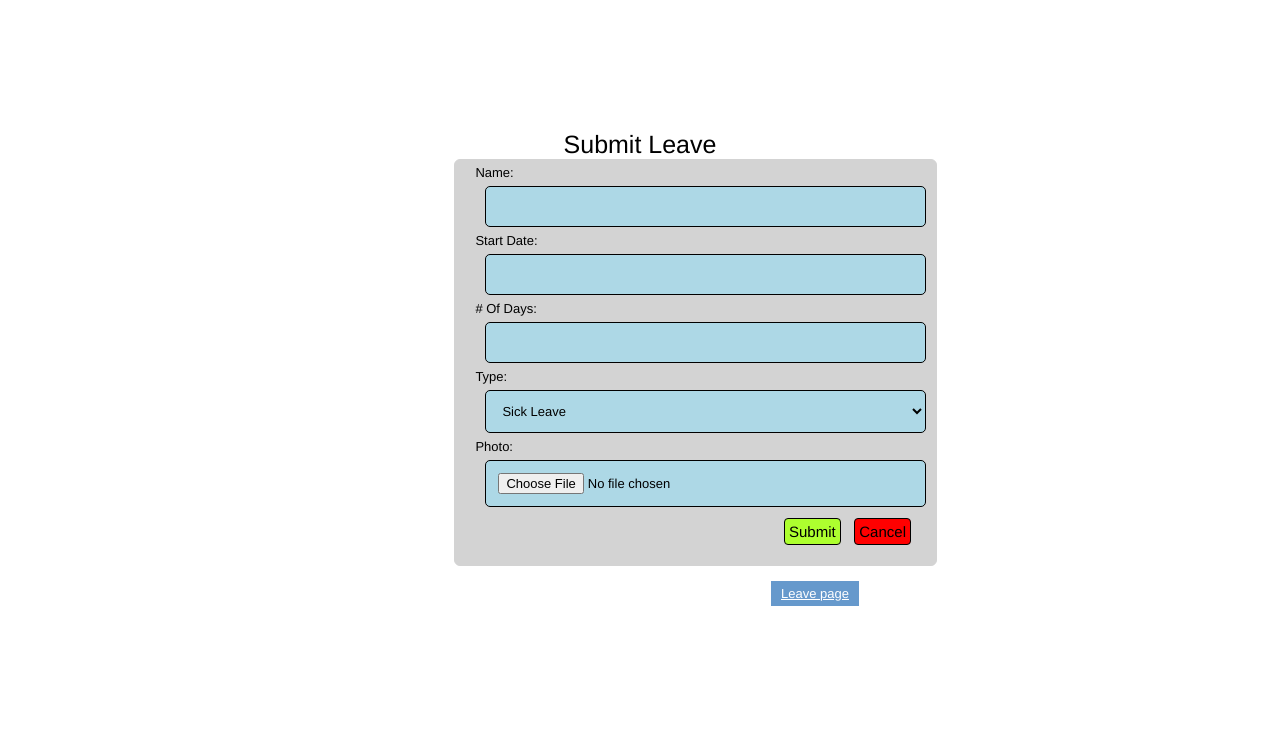
Repository: Murad71/BasicCRUD
Page: index.html
The author's editor kept a copy of each file at every save. The page is drawn from the files as they stood at one save, then again after the next save.
The browser window is 1280 px wide. The pictures show the whole page.

Above is the page before, as saved 2023-04-18 21:44:31.

### index.html
<!DOCTYPE html>
<html lang="en">
  <head>
    <meta charset="UTF-8" />
    <meta http-equiv="X-UA-Compatible" content="IE=edge" />
    <meta name="viewport" content="width=device-width, initial-scale=1.0" />
    <link rel="stylesheet" href="index.css" />
    <title>Leave Request</title>
  </head>
  <body>
    <div class="flex1">
      <form id="form1">
        <header>Submit Leave</header>
        <div class="container">
          <label for="name">Name:</label>
          <input type="text" id="name" name="name" />
          <br />
          <label for="startdate">Start Date:</label>
          <input type="text" id="startdate" name="startdate" />
          <br />
          <label for="days"># Of Days:</label>
          <input type="text" id="days" name="days" />
          <br />
          <label for="leaves">Type:</label>
          <select id="leave" name="leaves" required>
            <option value="Sick leave">Sick Leave</option>
            <option value="Early leave">Early Leave</option>
            <option value="Vacation leave">Vacation Leave</option>
            <option value="Other">Other</option>
          </select>
          <br />
          <label for="photo">Photo:</label>
          <input type="file" id="photo" name="photo"/>
          <div class="button-container">
            <input type="submit" value="Submit" id="submitButton"/>
            <input type="reset" value="Cancel" class="cancel" />
          </div>
        </div>
      </form>
      <div class="anchorContainer">
        <a href="index1.html"> Leave page</a>
        <!--Added the hyperlink here-->
      </div>
    </div>
    <script src="script.js"></script>
  </body>
</html>

### index.css
* {
  box-sizing: border-box;
  font-family: "Franklin Gothic Medium", "Arial Narrow", Arial, sans-serif;
  font-size: small;
}

.flex1
{
  align-items: center;
  display: flex;
  justify-content: center;
  height: 100vh;
  flex-direction: column;
}

.container {
  background-color: lightgray;
  padding: 5px 20px 15px 20px;
  border: 1px solid lightgray;
  border-radius: 6px;
  flex-direction: column;
  margin-bottom: 15px;
  width: 130%;
}

header {
  font-size: 25px;
  text-align: center;
}

input[type="text"],
input[type="file"],
select,
textarea {
  width: 100%;
  padding: 12px;
  margin: 6px;
  border: 1px solid;
  border-radius: 5px;
  margin-left: 10px;
  background-color: lightblue;
}

.button-container {
  text-align: right;
}

input[type="submit"],
input[type="reset"] {
  font-size: 15px;
  border: 1px solid;
  margin: 5px;
  padding: 4px;
  background-color: greenyellow;
  border-radius: 4px;
}

input[type="reset"].cancel {
  background-color: red;
}

.anchorContainer {
  margin-left: 350px;
}

a {
  display: inline-block;
  background: #69c;
  color: #fff;
  padding: 5px 10px;
}

### script.js
let storage=JSON.parse(localStorage.getItem('store')) || [];
let index=JSON.parse(localStorage.getItem('rIndex')) || null;
const submitButtonCatch=document.getElementById("submitButton");
const img= new Image();

//after clicking the submit button
submitButtonCatch.addEventListener("click",() =>{
    const form=document.getElementById("form1");
    let object={};
    let flag=true;

    object["id"]= Date.now();
    for(let i=0;i<form.length;i++)
    {
        if(form.elements[i].name=="photo")
        {
            object[form.elements[i].name]= img.src;
        }
        else
        {
            object[form.elements[i].name]=form.elements[i].value;
        }
        if(form.elements[i].value=='')
        {
            flag=false;
            alert("WARNING: Fill all the given Input correctly.");
            break;
        }
        if(form.elements[i].name=="days" && (form.elements[i].value>7 || form.elements[i].value<1))
        {
            flag=false;
            alert("WARNING: Enter a valid number for vacation");
            break;
        }
    }

    if(flag)
    {
        alert("Your data has been submitted Successfully!!");
        if(index!=null)
        {
            storage[index]=object;
            index=null;
        }
        else storage.push(object);


        localStorage.setItem('store',JSON.stringify(storage));
        localStorage.setItem('rIndex',JSON.stringify(index));
        form.reset();
    }
});


//base64 conversion
const fileEl= document.getElementById('photo');
fileEl.addEventListener('change', () =>{

    const fr= new FileReader();
    fr.readAsDataURL(fileEl.files[0]);

    fr.addEventListener('load', ()=>{

        const url= fr.result;
        img.src= url;

    });

});


console.log(storage);



// let submitButtonClicked=document.getElementById("submitButton");
// let indx=0;
// let flag= true;
// let obj={};

// submitButtonClicked.addEventListener('click',() =>{

//     const form= document.getElementById('form1');
//     obj["id"]= indx;
//     indx++;
//     for(let i=0; i<form.length; i++)
//     {
//         obj[form.elements[i].name]=form.elements[i].value;
//         if(form.elements[i].value=='')
//         {
//             flag=false;
//             alert("WARNING: Fill all the given Input correctly.");
//             break;
//         }
//         if(form.elements[i].name=="days" && (form.elements[i].value>7 || form.elements[i].value<1))
//         {
//             flag=false;
//             alert("WARNING: Enter a valid number for vacation");
//             break;
//         }
//     }

//     if(flag)
//     {
//         alert("Data entered successfully!");
//         insertData();
//     }

// });


// function intertData()
// {
//     const table = document.getElementsByClassName("tbody1")[0];
//           var row=document.createElement('tr');
//            row.innerHTML = `<td>${obj.name}</td>
//                 <td>${obj.startdate}</td>
//                 <td>${obj.days}</td>
//                 <td>${obj.leaves}</td>
//                 <td><img id="img" src=${obj.photo} alt=""></td>
//                 <td><a href="index.html" id="edit">Edit</a> <input type='button' value= 'Reject' name=${obj.id} id="reject"/></td>`;
//             table.appendChild(row);
// }

After the next save:
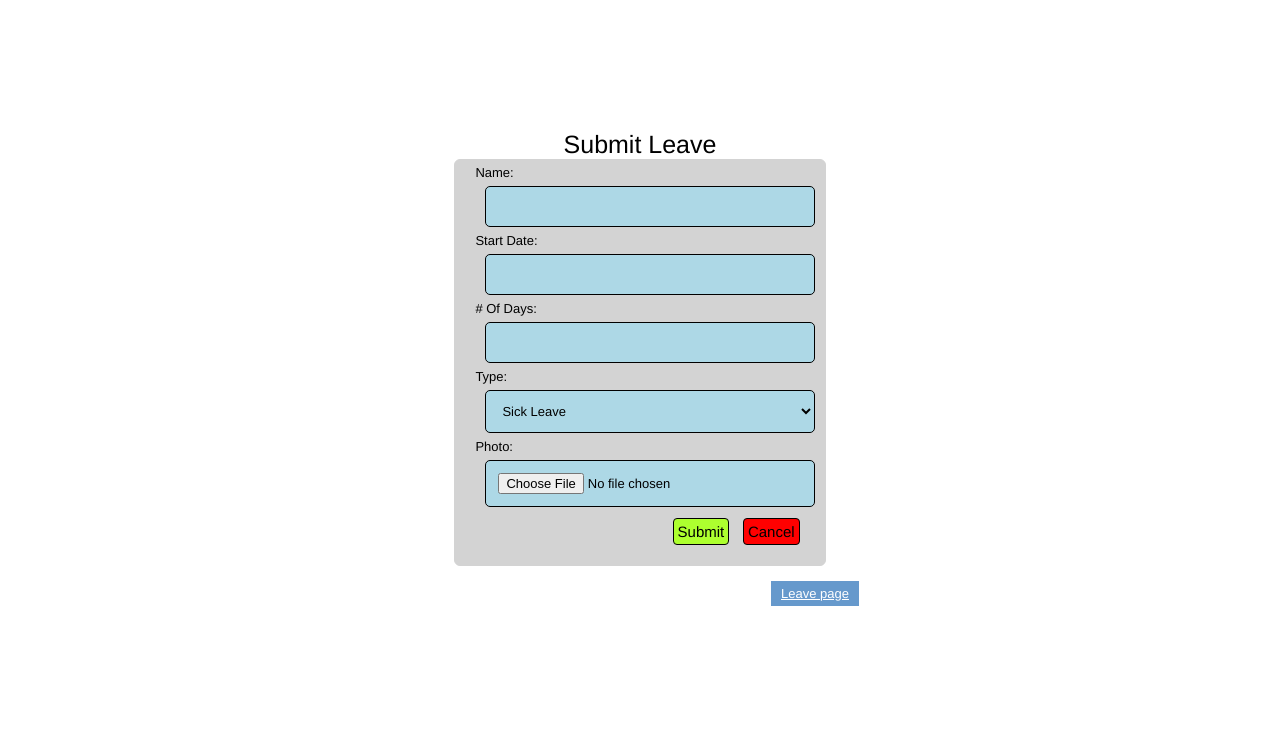
Saved 8 s later.
--- a/index.css
+++ b/index.css
@@ -20,7 +20,7 @@
   border-radius: 6px;
   flex-direction: column;
   margin-bottom: 15px;
-  width: 130%;
+  width: 100%;
 }
 
 header {
